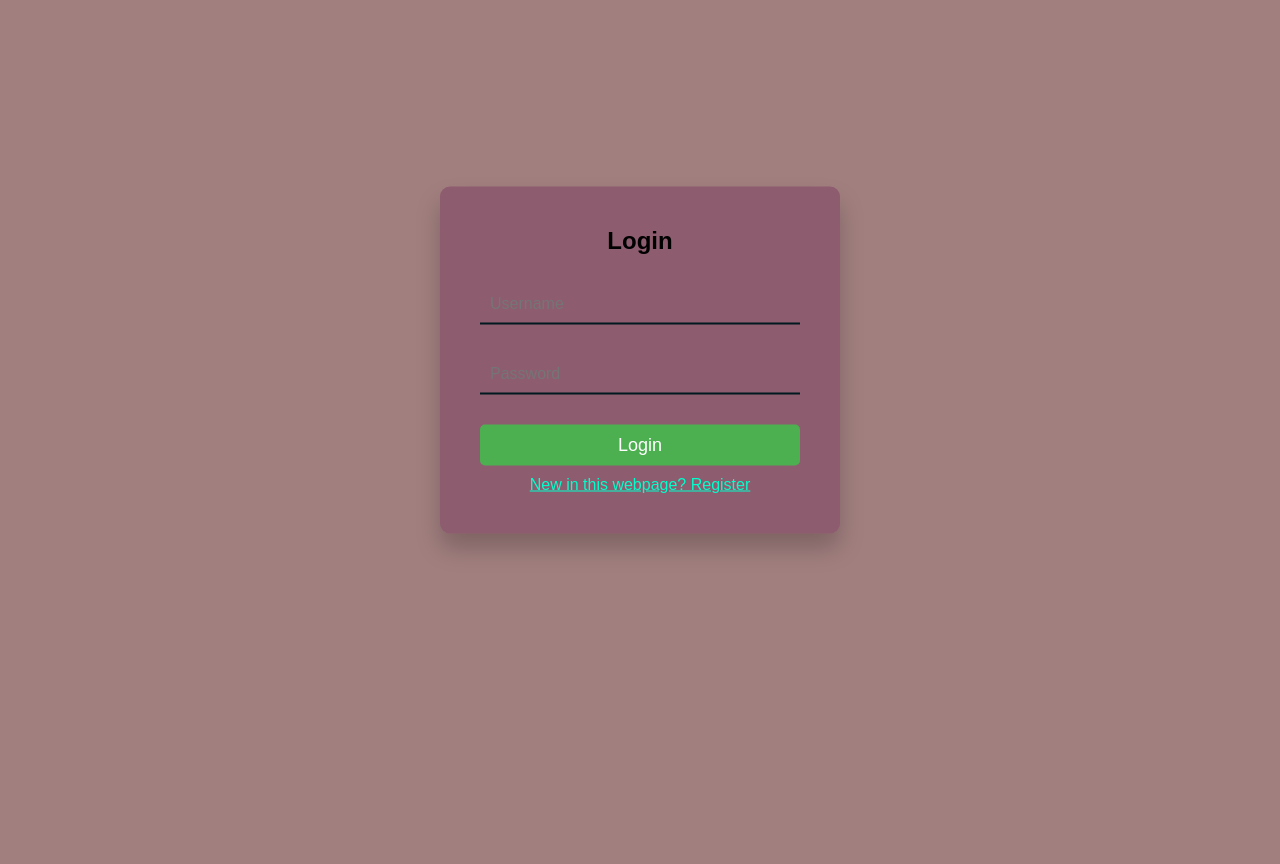
Repository: SRBshakib/Safe-Food---DBMS-project
Page: Organaization/login.html
An editor plug-in stored every save of this project. The page is shown before and after the next save, followed by the edit.
The browser window is 1280 px wide. The pictures show the whole page.

Above is the page before, as saved 2024-11-10 22:03:44.

After the next save:
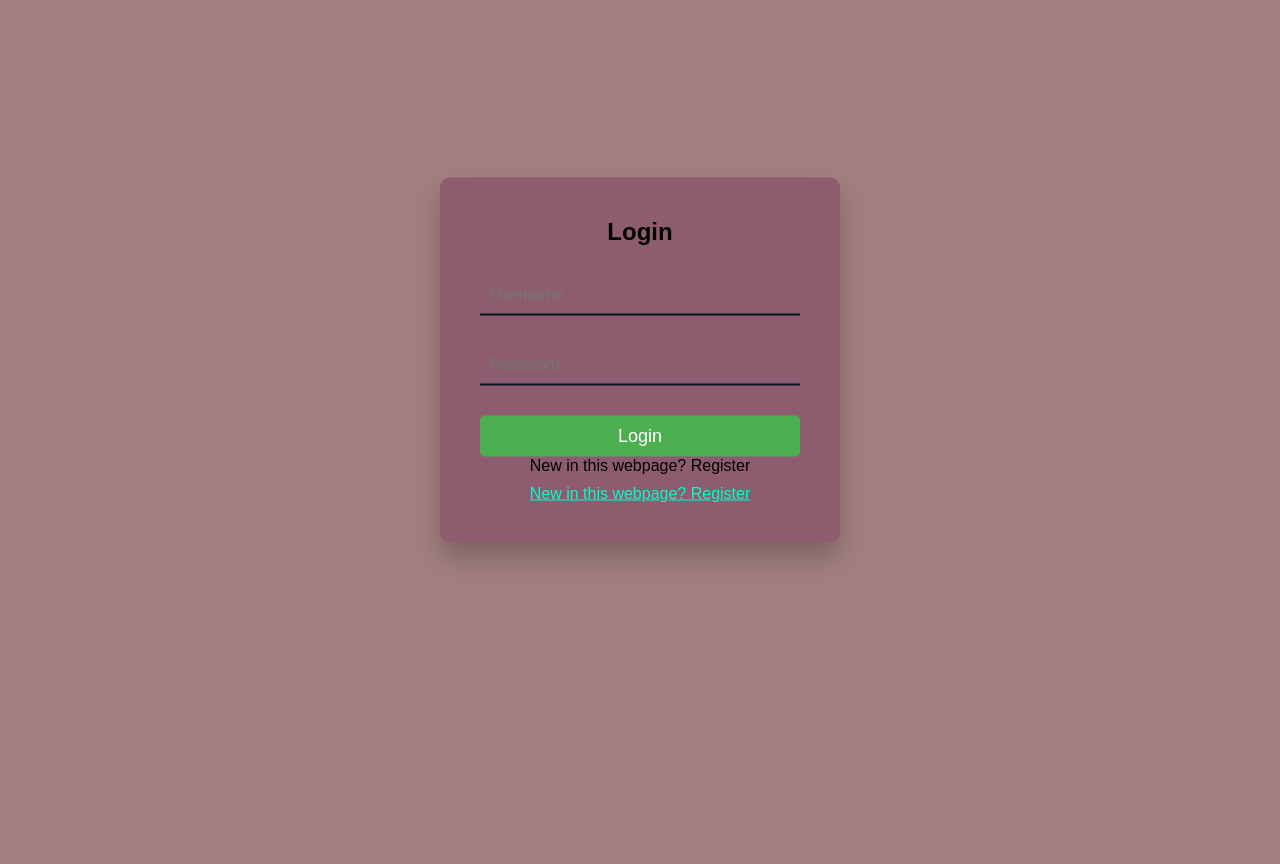
Saved 40 s later.
--- a/Organaization/login.html
+++ b/Organaization/login.html
@@ -17,6 +17,8 @@
                 <input type="password" placeholder="Password" required>
             </div>
             <button type="submit" class="btn">Login</button>
+            <p>New in this webpage? Register</p>
+
             <p class="register">New in this webpage? Register</p>
         </form>
     </div>
